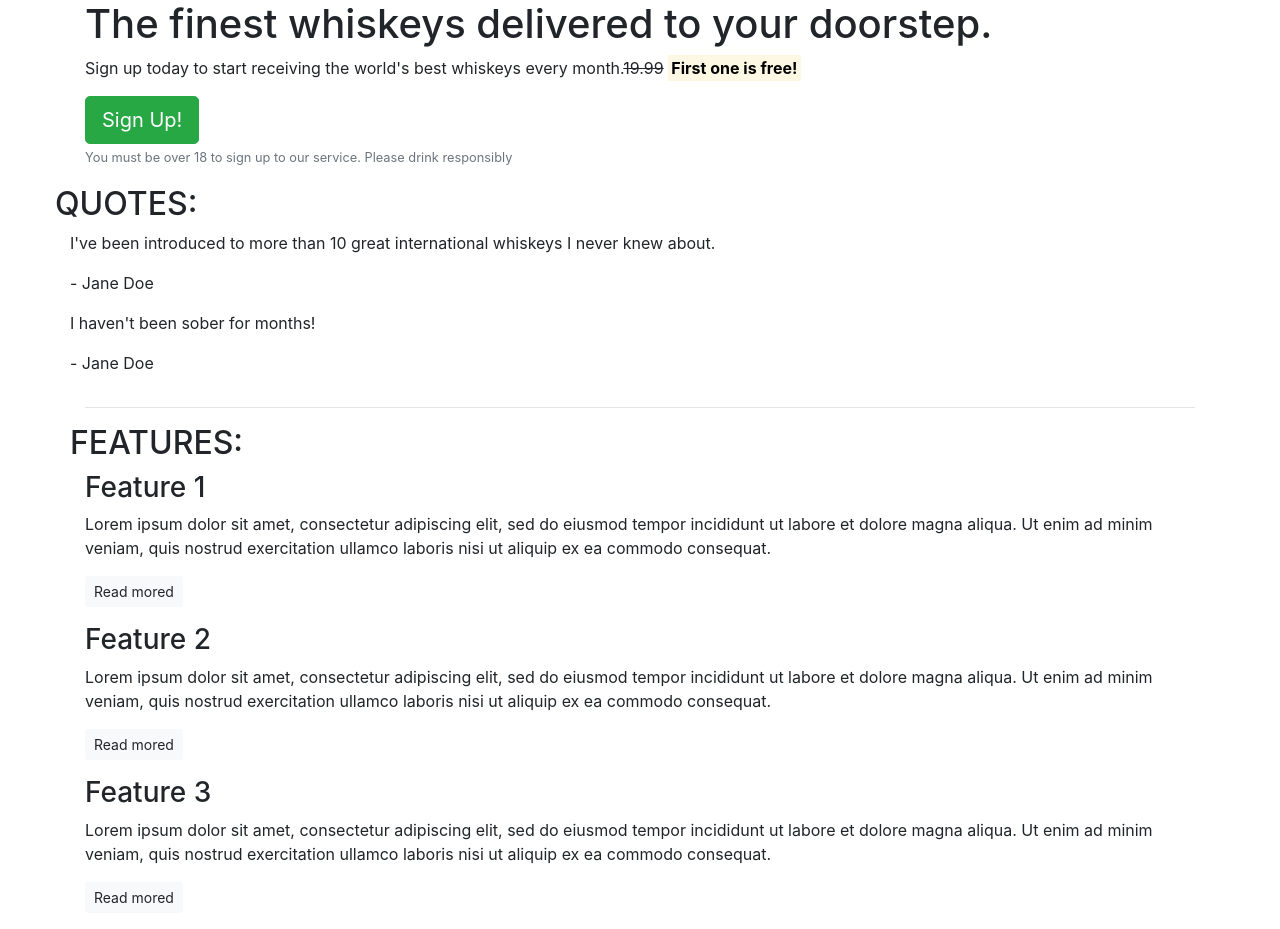
Repository: manub7/bootstrap4-mobile-first
Page: index.html
The author's editor kept a record of every edit. The page is drawn from the files as they stood at one moment, then again after the next edit.
The browser window is 1280 px wide. The pictures show the whole page.

Above is the page before.

After the next edit:
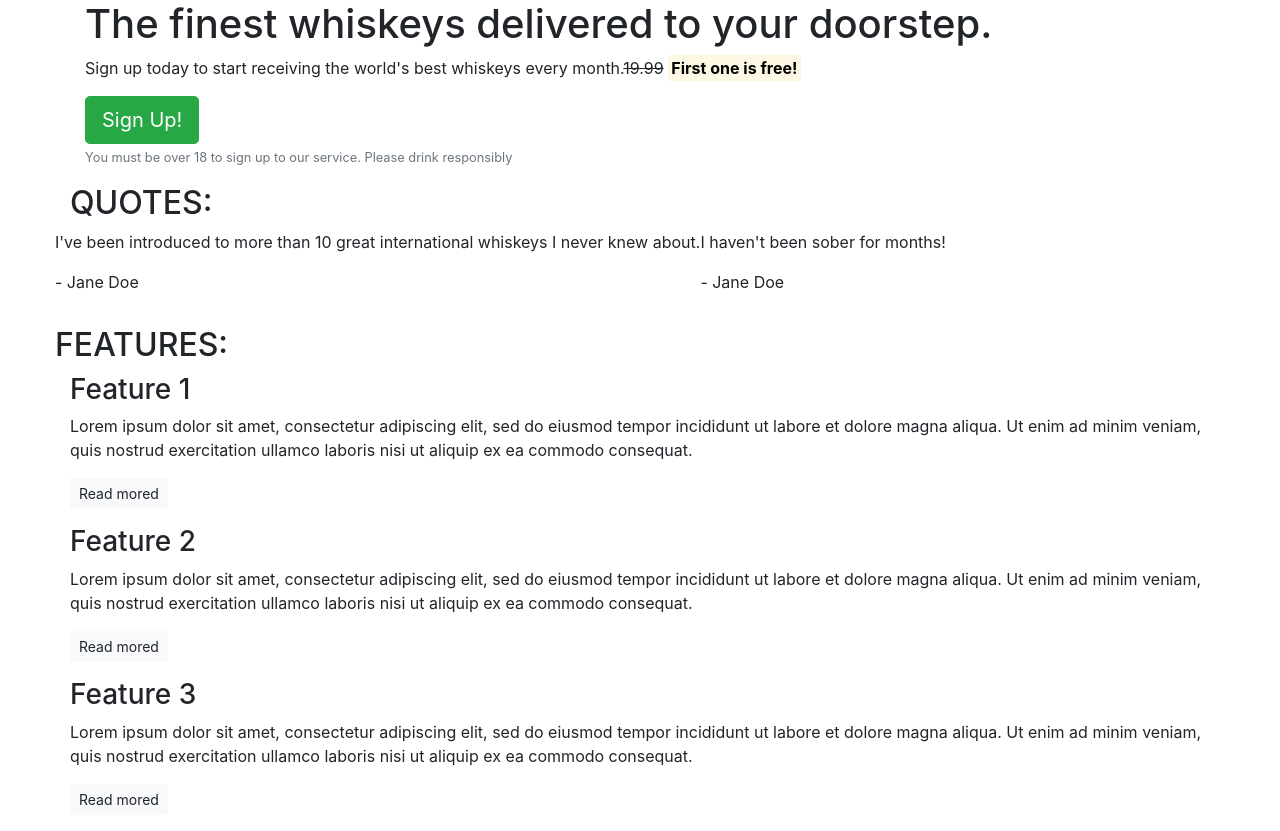
The edit:
--- a/index.html
+++ b/index.html
@@ -27,8 +27,8 @@
             <!-- Quotes -->
             <section class="quotes">
                 <div class="row">
-                    <div class="col-12"></div>
-                    <h2 class="text-uppercase">Quotes:</h2>
+                    <div class="col-12">
+                        <h2 class="text-uppercase">Quotes:</h2>
                     </div>
                     <blockquote class="quote">
                         <p>I've been introduced to more than 10 great international whiskeys I never knew about.</p>
